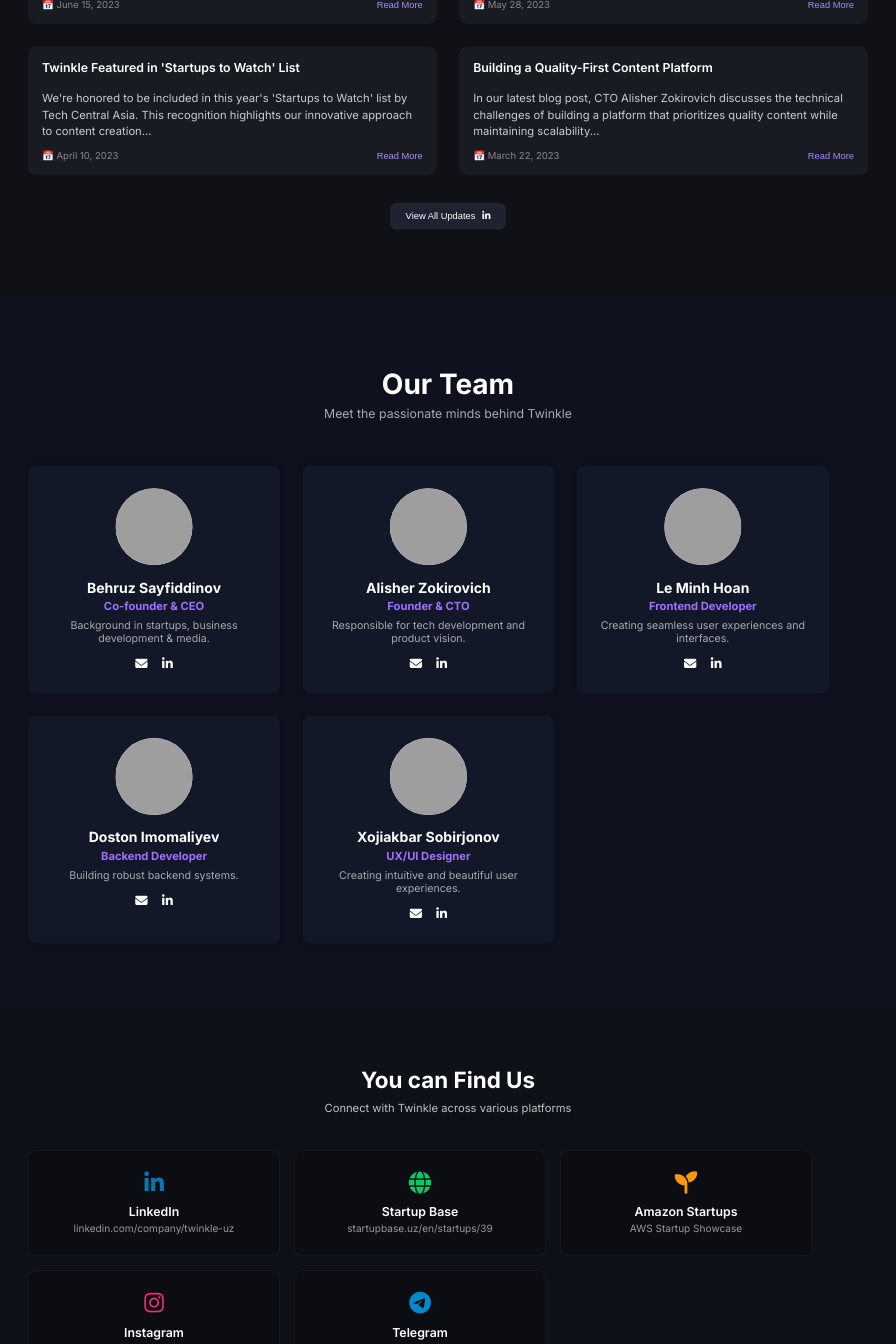
Repository: techboy-33/Twinkle-web
Page: index.html
The author's editor kept a copy of each file at every save. The page is drawn from the files as they stood at one save, then again after the next save.
The browser window is 1280 px wide. The pictures show the part of the page from y = 1789 to 3709 px (the page is 4555 px tall before and 4515 px after), at 70% of full size.
Pictures or frames that could not be fetched are drawn as grey boxes.

Above is the page before, as saved 2025-05-26 13:49:54.

After the next save:
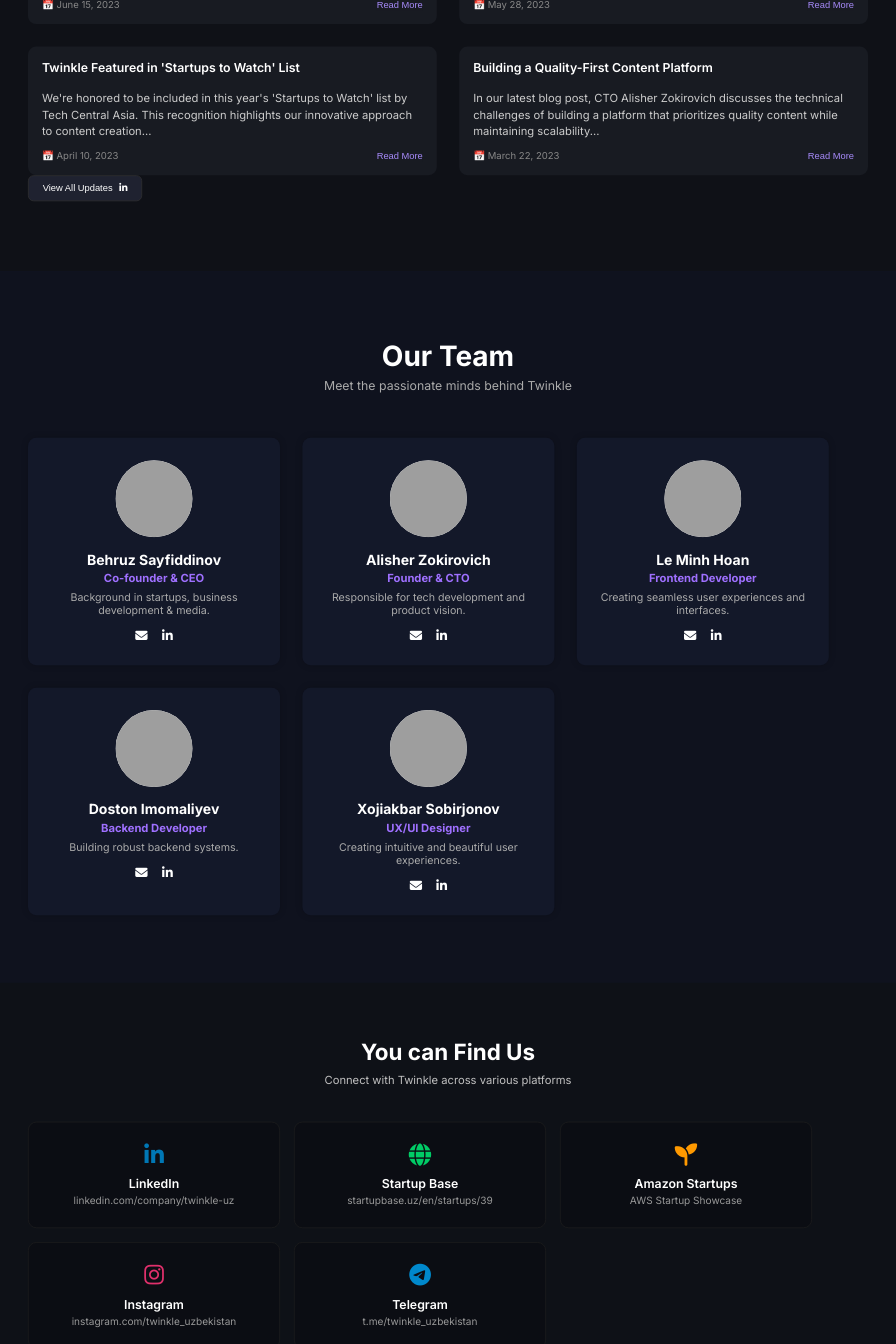
Saved 48 s later.
--- a/index.html
+++ b/index.html
@@ -276,11 +276,11 @@
                 </div>
             </div>
 
-            <div class="view-all-wrapper">
+            <a href="#" class="view-all-wrapper">
                 <button class="view-all-btn">View All Updates
                     <i class="fa-brands fa-linkedin-in"></i>
                 </button>
-            </div>
+            </a>
         </div>
     </section>
     <section class="team-section" id="team-section">

After the 3 saves that followed:
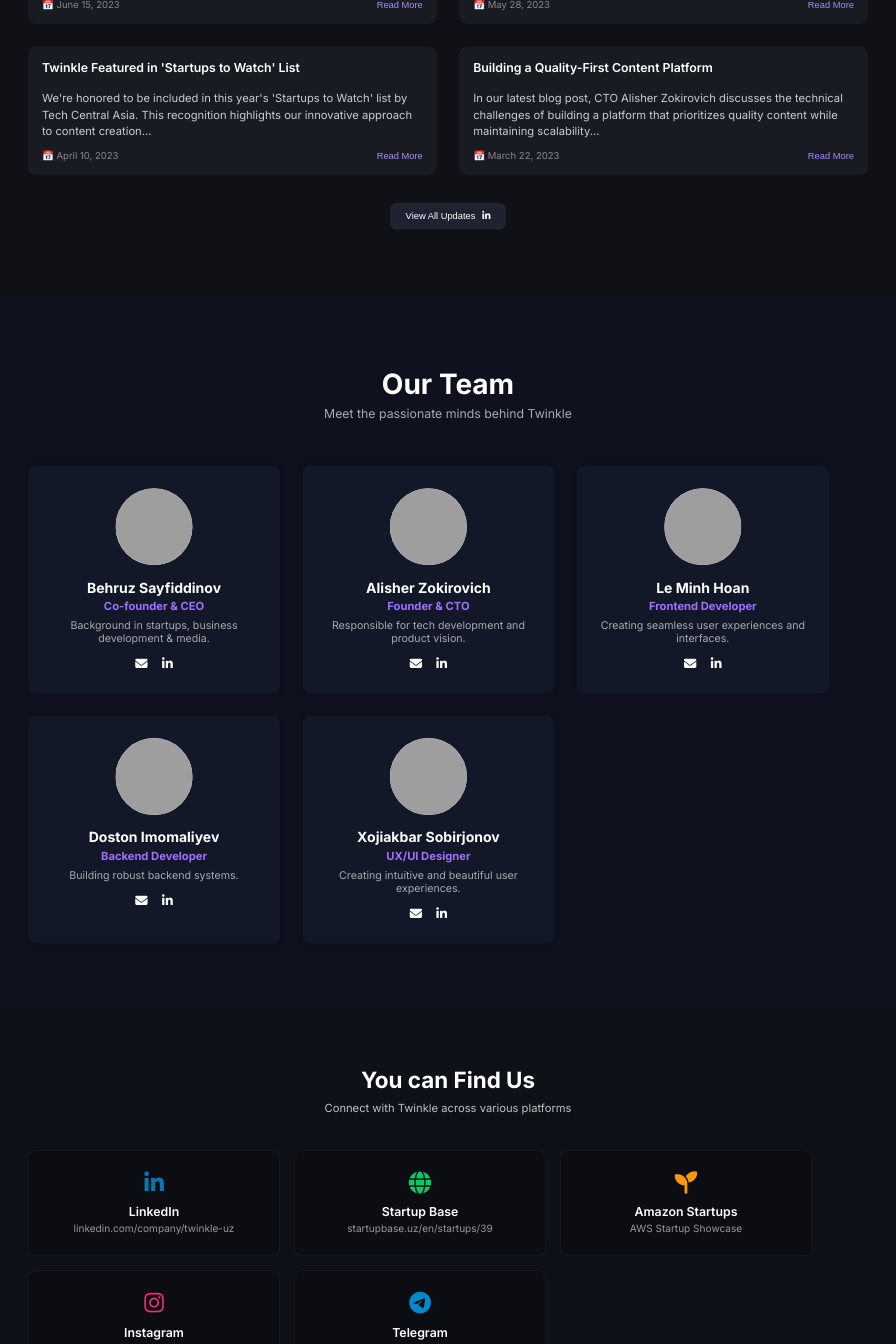
The 3 saves are shown as one change because 2 left the picture as it was.
The last was saved 78 s later.
--- a/index.html
+++ b/index.html
@@ -276,11 +276,11 @@
                 </div>
             </div>
 
-            <a href="#" class="view-all-wrapper">
+            <div class="view-all-wrapper">
                 <button class="view-all-btn">View All Updates
                     <i class="fa-brands fa-linkedin-in"></i>
                 </button>
-            </a>
+            </div>
         </div>
     </section>
     <section class="team-section" id="team-section">
